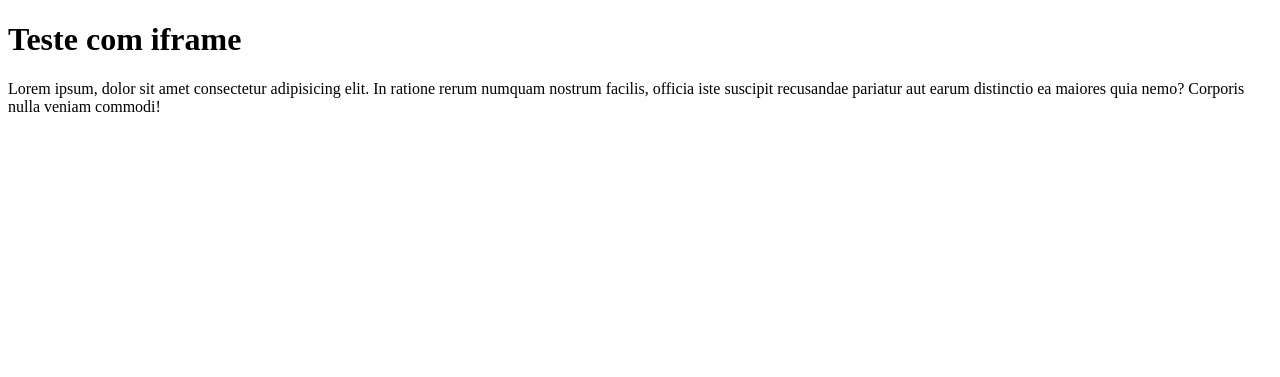
Repository: railsondev/html-css
Page: Módulo4/Exercício/iframe002.html
An editor plug-in stored every save of this project. The page is shown before and after a run of saves, followed by the edit.
The browser window is 1280 px wide. The pictures show the whole page.

Above is the page before, as saved 2024-10-22 21:58:59.

### Módulo4/Exercício/iframe002.html
<!DOCTYPE html>
<html lang="pt-br">
<head>
  <meta charset="UTF-8">
  <meta name="viewport" content="width=device-width, initial-scale=1.0">
  <title>iframe</title>
</head>
<body>
  <h1>Teste com iframe</h1>
  <p>Lorem ipsum, dolor sit amet consectetur adipisicing elit. In ratione rerum numquam nostrum facilis, officia iste suscipit recusandae pariatur aut earum distinctio ea maiores quia nemo? Corporis nulla veniam commodi!</p>
  <iframe src="" frameborder="0"></iframe>
</body>
</html>

After the next 4 saves:
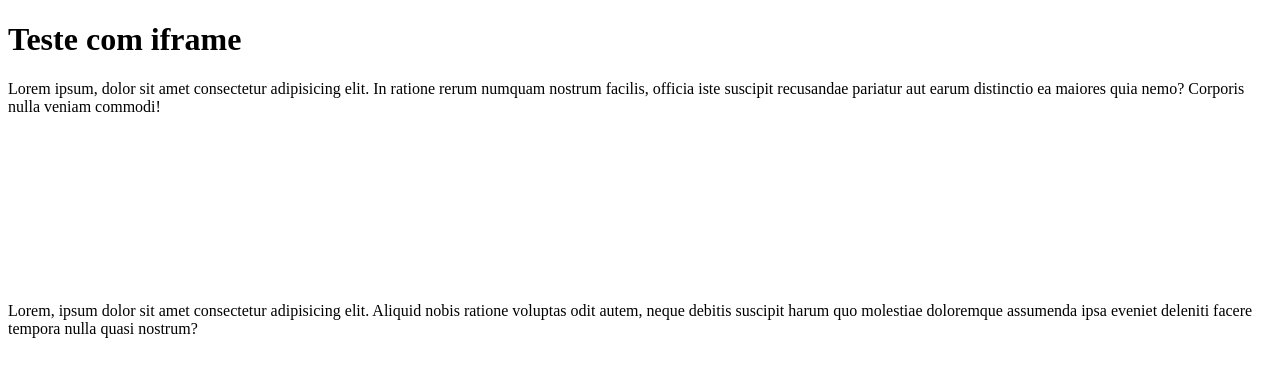
The 4 saves are shown as one change because they came seconds apart.
The last was saved 11 s later.
--- a/Módulo4/Exercício/iframe002.html
+++ b/Módulo4/Exercício/iframe002.html
@@ -9,5 +9,6 @@
   <h1>Teste com iframe</h1>
   <p>Lorem ipsum, dolor sit amet consectetur adipisicing elit. In ratione rerum numquam nostrum facilis, officia iste suscipit recusandae pariatur aut earum distinctio ea maiores quia nemo? Corporis nulla veniam commodi!</p>
   <iframe src="" frameborder="0"></iframe>
+  <p>Lorem, ipsum dolor sit amet consectetur adipisicing elit. Aliquid nobis ratione voluptas odit autem, neque debitis suscipit harum quo molestiae doloremque assumenda ipsa eveniet deleniti facere tempora nulla quasi nostrum?</p>
 </body>
 </html>
